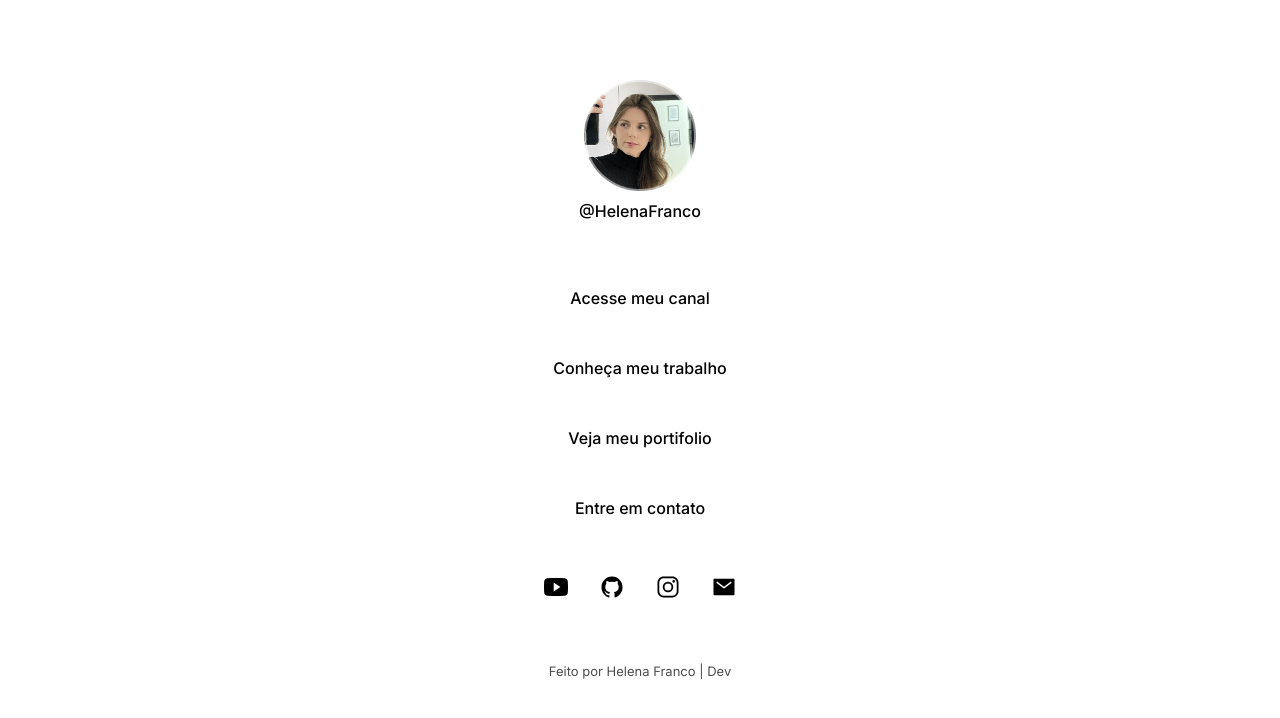
Repository: Fr4nc021/Pagina-de-links-
Page: index.html
The author's editor kept a copy of each file at every save. The page is drawn from the files as they stood at one save, then again after the next save.
The browser window is 1280 px wide. The pictures show the whole page.

Above is the page before, as saved 2025-02-13 20:59:26.

After the next save:
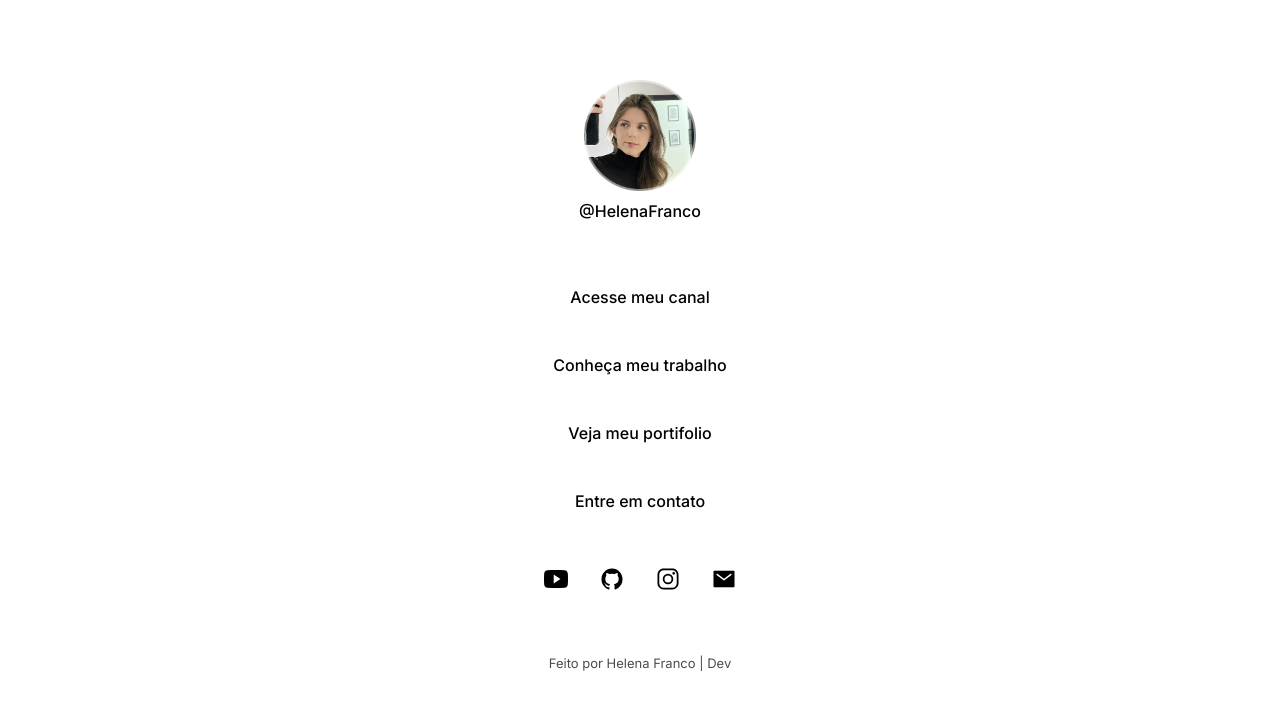
Saved 3 min 26 s later.
--- a/style.css
+++ b/style.css
@@ -7,11 +7,13 @@
 :root {
     --text-color: white;
     --bg-url: url(./assets/bg-mobile.jpg)
+    --stock-color: rgba(255, 255, 255, 0.5);
 }
 
 .light {
     --text-color: black;
     --bg-url: url(./assets/bg-mobile-light.jpg)
+    --stock-color: rgba(255, 255, 255, 0.5);
 
 }
 
@@ -68,7 +70,7 @@ ul li a {
         padding: 16px 24px;
 
         background: rgba(255, 255,255, 0.1);
-        border: 1px solid rgba(255, 255, 255, 0.5);
+        border: 1px solid var(--stock-color);
         border-radius: 8px;
 
         -webkit-backdrop-filter: blur(4px);
